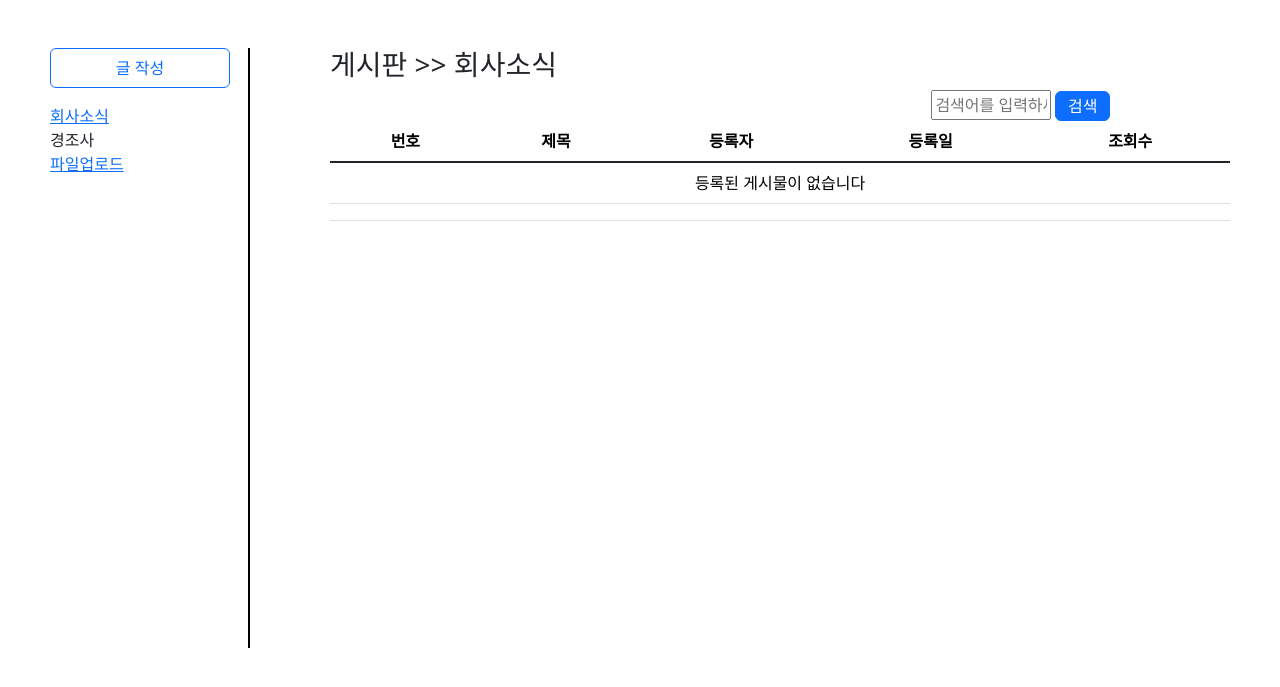
Repository: KimDongGyuu/final
Page: http://localhost/aceworks/WEB-INF/views/company_news/company_news_List.jsp
An editor plug-in stored every save of this project. The page is shown before and after the next save, followed by the edit.
The browser window is 1280 px wide. The pictures show the whole page.
The page is served by Tomcat 9. Nobody is signed in. Other server files are loaded and not shown. The template is opened directly, without the code that normally fills it, so the values that code supplies are empty.

Above is the page before, as saved 2024-03-17 04:02:38.

### aceworks/src/main/webapp/WEB-INF/views/company_news/company_news_List.jsp
<%@ page language="java" contentType="text/html; charset=UTF-8"
	pageEncoding="UTF-8"%>
<%@ include file="/WEB-INF/views/include/style.jsp"%>
<%@ taglib uri="http://java.sun.com/jsp/jstl/core" prefix="c"%>
<!DOCTYPE html>
<html>
<head>
<meta charset="UTF-8">
<title>Insert title here</title>
<style>
#left {
	width: 200px;
	height: 600px;
	float: left;
	border-right: 2px solid black;
	margin-left: 50px;
}

#right {
	width: 900px;
	height: 600px;
	margin-left: 330px;
}

#bt {
	width: 180px;
	height: 40px;
}
#Sbt {
	padding-top: 2px;
	height: 30px;
}

h3 {
	text-align: center;
}
</style>
</head>
<body>


	<div>
		<div id="left">
			<button id="bt" type="button" class="btn btn-outline-primary"
				onclick="location.href='company_news_Writeform.do';">글 작성</button>
<div class="mt-3"><a href="company_news_List.do">회사소식</a> <br> 경조사 <br><a href="fileUploadForm.do">파일업로드</a></div>
		</div>
		<div id="right">
		<div class="mt-5 mb-2"><span class="h3">게시판 &gt;&gt; 회사소식</span></div>
<div class="mt-2 d-flex gap-2 justify-content-end">
    <form action="company_newsSearch.do">
        <input type="text" id="searchKeyword" name="keyword" placeholder="검색어를 입력하세요." style="width:40%; height: 30px;">
        <button id="Sbt" type="submit" class="btn btn btn-primary">검색</button>
    </form>
</div>
			<table width="1000" cellspacing="0" class="table table-hover">
				<thead>
					<tr align="center">
						<th scope="col">번호</th>
						<th scope="col">제목</th>
						<th scope="col">등록자</th>
						<th scope="col">등록일</th>
						<th scope="col">조회수</th>
					</tr>
				</thead>

				<tbody class="table-group-divider">
					<c:if test="${empty lists }">
						<tr>
							<td colspan="5" align="center">등록된 게시물이 없습니다</td>
						</tr>
					</c:if>

					<c:forEach var="dto" items="${lists }">
						<tr class="text-center">
							<th scope="row">${dto.news_idx }</th>
							<c:url var="company_newsContentUrl"
								value="company_news_Content.do">
								<c:param name="news_idx">${dto.news_idx }</c:param>
							</c:url>
							<td><a href="${company_newsContentUrl }">${dto.news_title }</a></td>
							<td>${dto.news_writer }</td>
							<td>${dto.news_writedate }</td>
							<td>${dto.news_readnum }</td>
						</tr>
					</c:forEach>
				</tbody>

				<tfoot>
					<tr>
						<td colspan="5" align="center">${pageStr }</td>
					</tr>
				</tfoot>
			</table>
		</div>
	</div>
</body>
</html>

### aceworks/src/main/webapp/WEB-INF/views/include/style.jsp
<%@ page language="java" contentType="text/html; charset=UTF-8"
    pageEncoding="UTF-8"%>
<!DOCTYPE html>
<html>
<head>
<meta charset="UTF-8">
<title>Insert title here</title>
<link
   href="https://cdn.jsdelivr.net/npm/bootstrap@5.3.3/dist/css/bootstrap.min.css"
   rel="stylesheet"
   integrity="sha384-QWTKZyjpPEjISv5WaRU9OFeRpok6YctnYmDr5pNlyT2bRjXh0JMhjY6hW+ALEwIH"
   crossorigin="anonymous">
<script
   src="https://cdn.jsdelivr.net/npm/bootstrap@5.3.3/dist/js/bootstrap.bundle.min.js"
   integrity="sha384-YvpcrYf0tY3lHB60NNkmXc5s9fDVZLESaAA55NDzOxhy9GkcIdslK1eN7N6jIeHz"
   crossorigin="anonymous"></script>
<script
   src="https://cdn.jsdelivr.net/npm/@popperjs/core@2.11.8/dist/umd/popper.min.js"
   integrity="sha384-I7E8VVD/ismYTF4hNIPjVp/Zjvgyol6VFvRkX/vR+Vc4jQkC+hVqc2pM8ODewa9r"
   crossorigin="anonymous"></script>
<script
   src="https://cdn.jsdelivr.net/npm/bootstrap@5.3.3/dist/js/bootstrap.min.js"
   integrity="sha384-0pUGZvbkm6XF6gxjEnlmuGrJXVbNuzT9qBBavbLwCsOGabYfZo0T0to5eqruptLy"
   crossorigin="anonymous"></script>
</head>
<body>

</body>
</html>

After the next save:
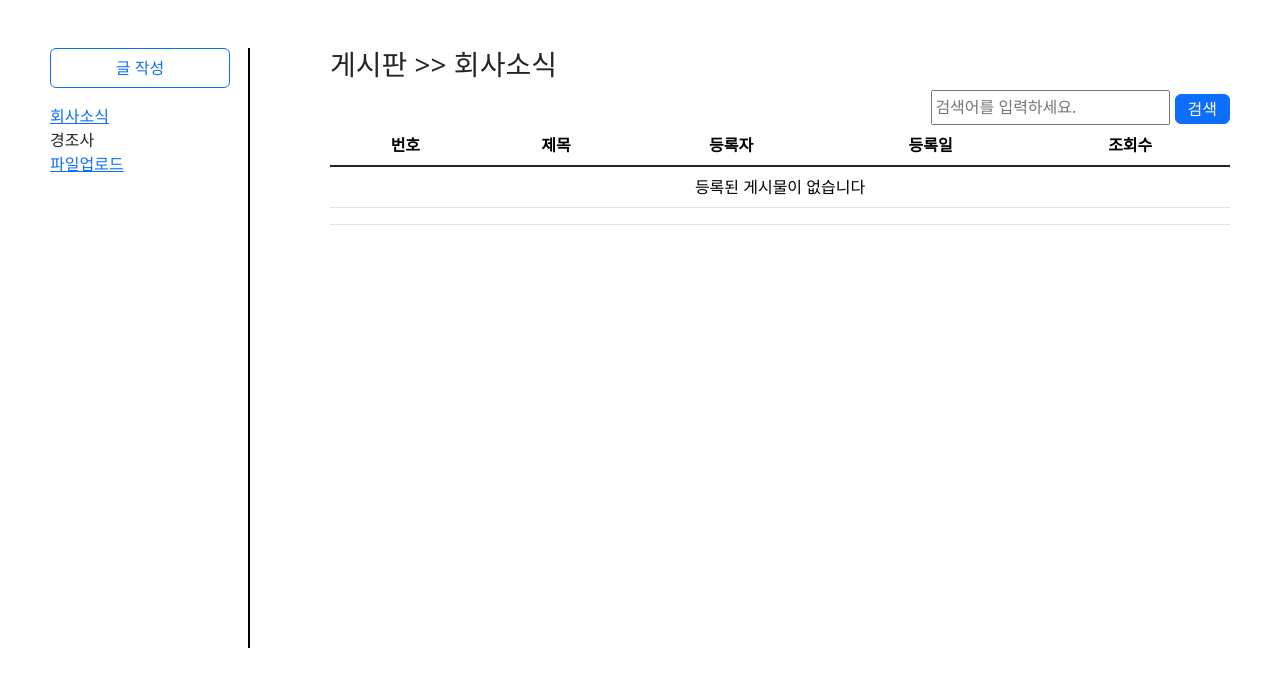
Saved 22 s later.
--- a/aceworks/src/main/webapp/WEB-INF/views/company_news/company_news_List.jsp
+++ b/aceworks/src/main/webapp/WEB-INF/views/company_news/company_news_List.jsp
@@ -49,7 +49,7 @@ h3 {
 		<div class="mt-5 mb-2"><span class="h3">게시판 &gt;&gt; 회사소식</span></div>
 <div class="mt-2 d-flex gap-2 justify-content-end">
     <form action="company_newsSearch.do">
-        <input type="text" id="searchKeyword" name="keyword" placeholder="검색어를 입력하세요." style="width:40%; height: 30px;">
+        <input type="text" id="searchKeyword" name="keyword" placeholder="검색어를 입력하세요." style="width:40; height: 35px;">
         <button id="Sbt" type="submit" class="btn btn btn-primary">검색</button>
     </form>
 </div>
